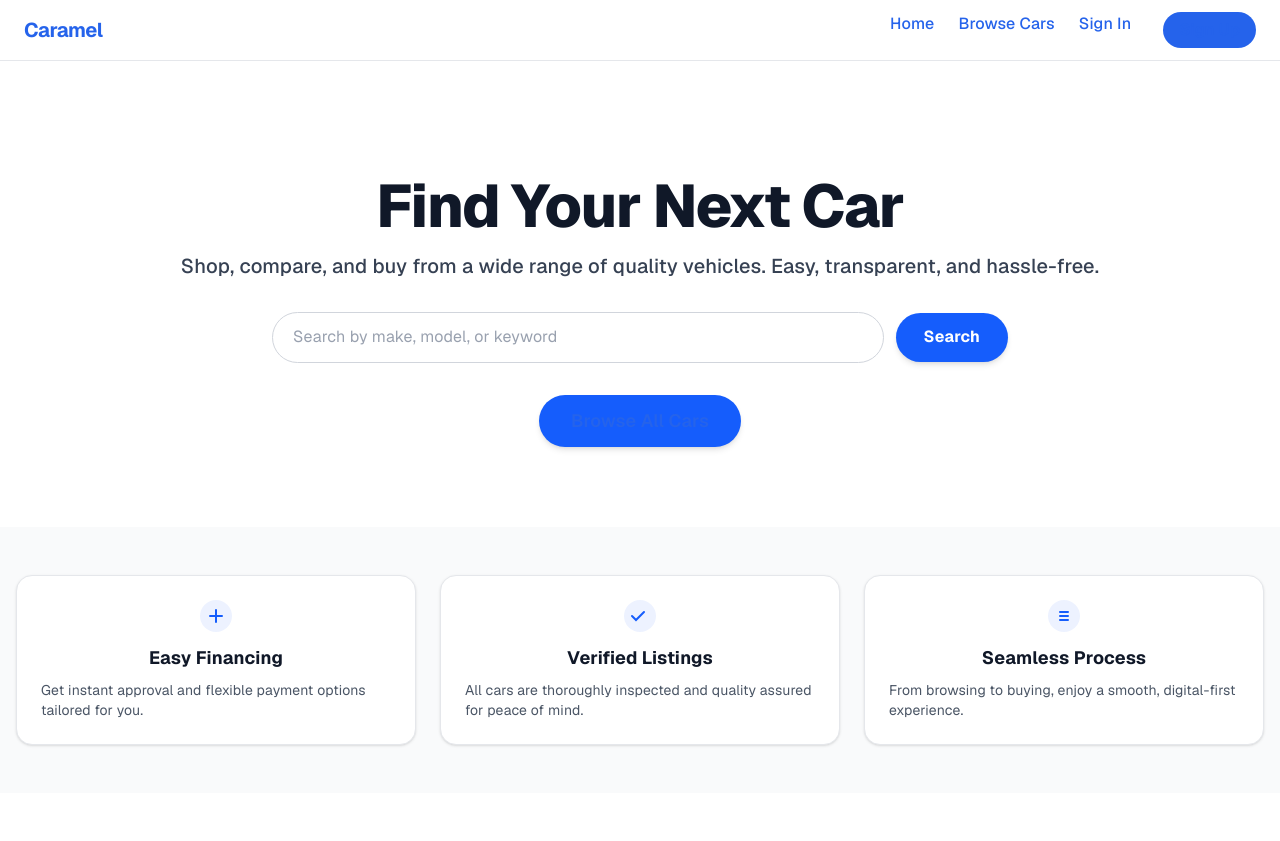
Repository: virat07/sellyourcar
Page: /
The author's editor kept a copy of each file at every save. The page is drawn from the files as they stood at one save, then again after the next save.
The browser window is 1280 px wide. The pictures show the whole page.
The project was rebuilt for these pictures with package versions that can differ from the ones it lists, and the page was loaded fresh each time. The framework's server and built-in components were replaced by stand-ins that run in the browser. Also part of the build but not shown: next.config.ts.

Above is the page before, as saved 2025-07-18 15:29:29.

### src/app/layout.tsx
import type { Metadata } from "next";
import { Geist, Geist_Mono } from "next/font/google";
import "./globals.css";
import NavBar from "../components/NavBar";

const geistSans = Geist({
  variable: "--font-geist-sans",
  subsets: ["latin"],
});

const geistMono = Geist_Mono({
  variable: "--font-geist-mono",
  subsets: ["latin"],
});

export const metadata: Metadata = {
  title: "Create Next App",
  description: "Generated by create next app",
};

export default function RootLayout({
  children,
}: Readonly<{
  children: React.ReactNode;
}>) {
  return (
    <html lang="en">
      <body className={`${geistSans.variable} ${geistMono.variable} antialiased text-[var(--foreground)]`}>
        <NavBar />
        <div className="w-full px-0 pt-24 pb-12">
          {children}
        </div>
      </body>
    </html>
  );
}

### src/app/page.tsx
import Link from "next/link";

export default function Home() {
  return (
    <main className="w-full bg-white">
      <div className="max-w-7xl mx-auto px-4">
        <section className="w-full text-center py-20">
          <h1 className="text-5xl sm:text-6xl font-extrabold tracking-tight mb-4 text-gray-900">
            Find Your Next Car
          </h1>
          <p className="text-lg sm:text-xl text-gray-700 font-medium mb-8">
            Shop, compare, and buy from a wide range of quality vehicles. Easy, transparent, and hassle-free.
          </p>
          {/* Search Bar (not functional) */}
          <form className="w-full flex flex-col sm:flex-row items-center gap-3 mb-8 px-4 max-w-3xl mx-auto">
            <input
              type="text"
              placeholder="Search by make, model, or keyword"
              className="flex-1 px-5 py-3 rounded-full border border-gray-300 focus:border-blue-500 focus:ring-2 focus:ring-blue-200 outline-none text-lg bg-white text-gray-900 placeholder:text-gray-400"
              aria-label="Search cars"
            />
            <button
              type="submit"
              className="px-7 py-3 bg-blue-600 text-white font-bold rounded-full shadow-md hover:bg-blue-700 transition-all text-lg"
            >
              Search
            </button>
          </form>
          <Link
            href="/cars"
            className="inline-block px-8 py-3 bg-blue-600 text-white text-lg font-semibold rounded-full shadow-md hover:bg-blue-700 transition"
          >
            Browse All Cars
          </Link>
        </section>
      </div>
      <section className="w-full bg-gray-50 py-12">
        <div className="max-w-7xl mx-auto px-4 grid grid-cols-1 sm:grid-cols-3 gap-6">
          <div className="bg-white border border-gray-200 rounded-2xl p-6 shadow-sm flex flex-col items-center">
            <svg width="32" height="32" fill="none" className="mb-3 text-blue-600"><circle cx="16" cy="16" r="16" fill="currentColor" fillOpacity="0.08"/><path d="M10 16h12M16 10v12" stroke="currentColor" strokeWidth="2" strokeLinecap="round"/></svg>
            <h3 className="font-bold text-lg mb-2 text-gray-900">Easy Financing</h3>
            <p className="text-sm text-gray-600">Get instant approval and flexible payment options tailored for you.</p>
          </div>
          <div className="bg-white border border-gray-200 rounded-2xl p-6 shadow-sm flex flex-col items-center">
            <svg width="32" height="32" fill="none" className="mb-3 text-blue-600"><circle cx="16" cy="16" r="16" fill="currentColor" fillOpacity="0.08"/><path d="M8 16l4 4 8-8" stroke="currentColor" strokeWidth="2" strokeLinecap="round"/></svg>
            <h3 className="font-bold text-lg mb-2 text-gray-900">Verified Listings</h3>
            <p className="text-sm text-gray-600">All cars are thoroughly inspected and quality assured for peace of mind.</p>
          </div>
          <div className="bg-white border border-gray-200 rounded-2xl p-6 shadow-sm flex flex-col items-center">
            <svg width="32" height="32" fill="none" className="mb-3 text-blue-600"><circle cx="16" cy="16" r="16" fill="currentColor" fillOpacity="0.08"/><path d="M12 20h8M12 16h8M12 12h8" stroke="currentColor" strokeWidth="2" strokeLinecap="round"/></svg>
            <h3 className="font-bold text-lg mb-2 text-gray-900">Seamless Process</h3>
            <p className="text-sm text-gray-600">From browsing to buying, enjoy a smooth, digital-first experience.</p>
          </div>
        </div>
      </section>
    </main>
  );
}

### src/app/globals.css
@import "tailwindcss";

:root {
  --background: #fff;
  --foreground: #18181b;
  --accent: #2563eb;
  --border: #e5e7eb;
}

body {
  background: #fff;
  color: var(--foreground);
  font-family: var(--font-geist-sans, Arial, Helvetica, sans-serif);
  font-weight: 400;
  letter-spacing: 0.01em;
  line-height: 1.6;
  margin: 0;
  padding: 0;
}

* {
  box-sizing: border-box;
}

a {
  color: var(--accent);
  text-decoration: none;
  transition: color 0.2s;
}
a:hover {
  text-decoration: underline;
  color: #1d4ed8;
}

input, button, textarea, select {
  font-family: inherit;
  font-size: 1rem;
}

### src/components/NavBar.tsx
import Link from "next/link";

export default function NavBar() {
  return (
    <nav className="w-full bg-white border-b border-[var(--border)] py-3 px-6 flex items-center justify-between fixed top-0 left-0 z-50 shadow-none">
      <div className="text-xl font-bold tracking-tight text-[var(--accent)]">
        <Link href="/">Caramel</Link>
      </div>
      <div className="flex gap-6 text-base font-medium">
        <Link href="/" className="hover:text-[var(--accent)] transition-colors">Home</Link>
        <Link href="/cars" className="hover:text-[var(--accent)] transition-colors">Browse Cars</Link>
        <Link href="/auth/signin" className="hover:text-[var(--accent)] transition-colors">Sign In</Link>
        <Link href="/auth/signup" className="ml-2 px-4 py-1.5 bg-[var(--accent)] text-white rounded-full hover:bg-blue-700 transition-colors font-semibold">Sign Up</Link>
      </div>
    </nav>
  );
}

After the next save:
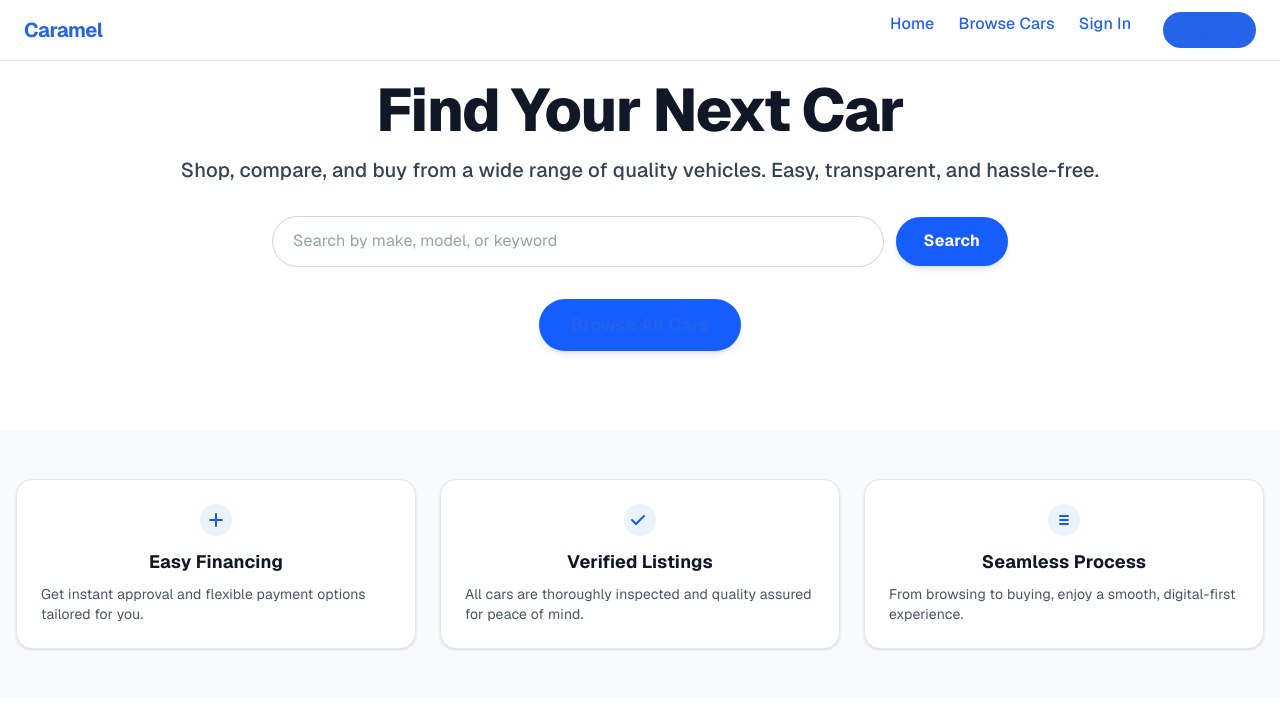
Saved 88 s later.
--- a/src/app/layout.tsx
+++ b/src/app/layout.tsx
@@ -25,11 +25,11 @@ export default function RootLayout({
 }>) {
   return (
     <html lang="en">
-      <body className={`${geistSans.variable} ${geistMono.variable} antialiased text-[var(--foreground)]`}>
+      <body
+        className={`${geistSans.variable} ${geistMono.variable} antialiased text-[var(--foreground)]`}
+      >
         <NavBar />
-        <div className="w-full px-0 pt-24 pb-12">
-          {children}
-        </div>
+        <div>{children}</div>
       </body>
     </html>
   );
